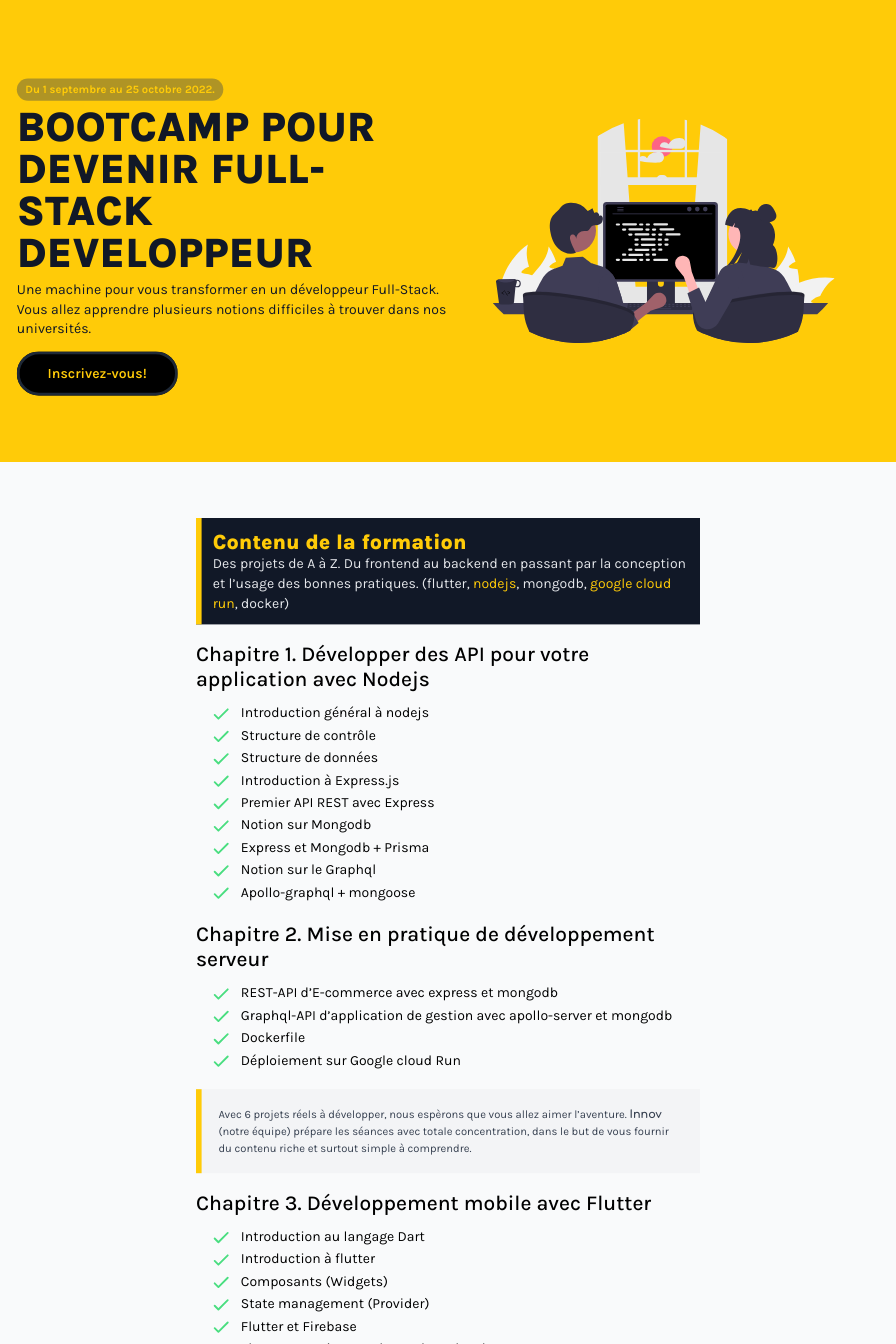
Repository: alfredlwanzo/course
Page: /
An editor plug-in stored every save of this project. The page is shown before and after the next save, followed by the edit.
The browser window is 1280 px wide. The pictures show the part of the page from y = 0 to 1920 px (the page is 3478 px tall), at 70% of full size.
The project was rebuilt for these pictures with package versions that can differ from the ones it lists, and the page was loaded fresh each time. The framework's server and built-in components were replaced by stand-ins that run in the browser. Also part of the build but not shown: next.config.js.

Above is the page before, as saved 2022-08-09 15:26:47.

After the next save:
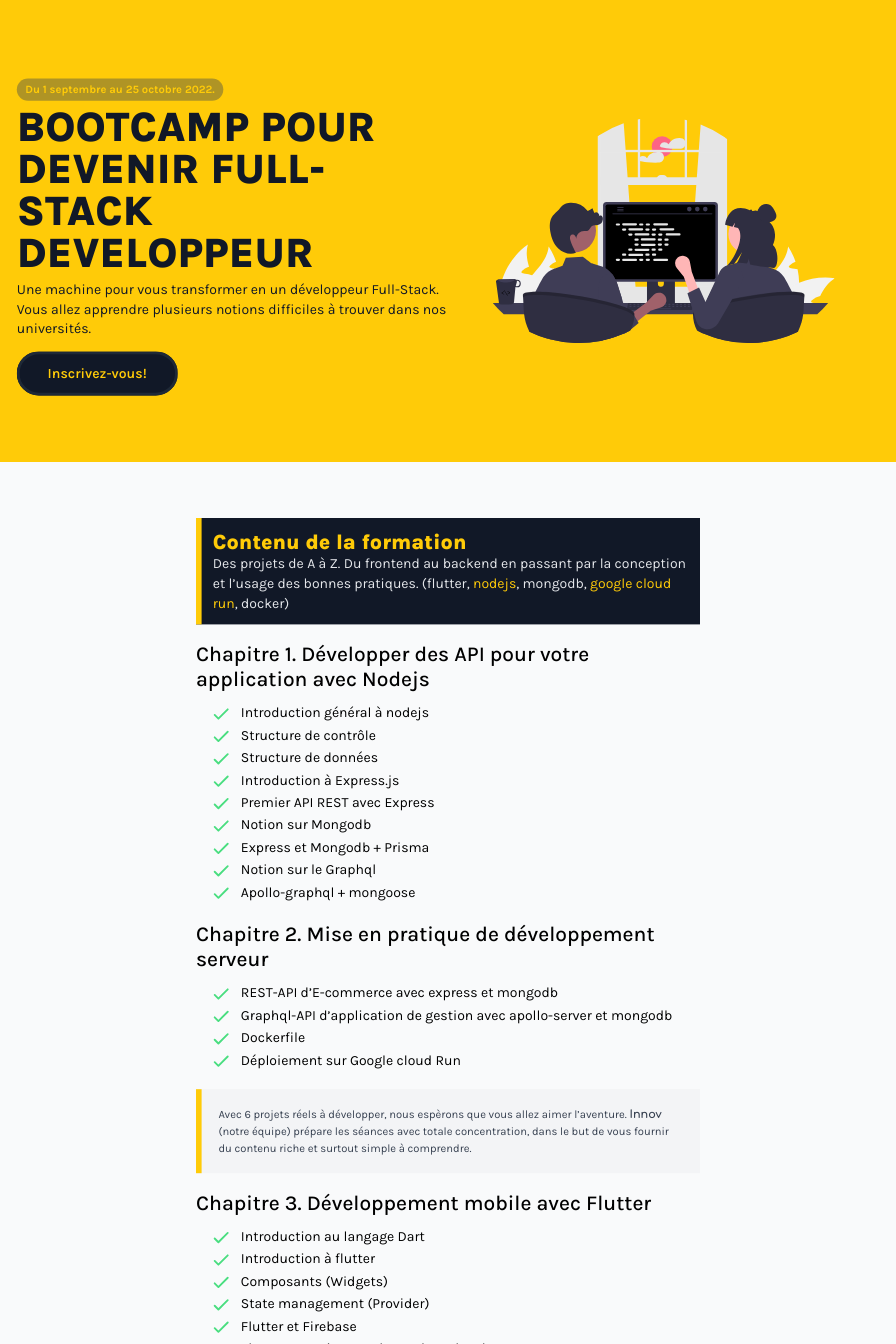
Saved 65 s later.
--- a/src/components/buttons/SubscribeButton.tsx
+++ b/src/components/buttons/SubscribeButton.tsx
@@ -6,7 +6,7 @@
       href="https://wa.me/+243978154329"
       target="_blank"
       rel="noreferrer"
-      className="bg-black text-primary animate-pulse py-4 px-10 text-xl font-semibold rounded-full border-4 border-gray-800 hover:bg-opacity-95 hover:border-gray-900"
+      className="bg-gray-900 text-primary animate-pulse py-4 px-10 text-xl font-semibold rounded-full border-4 border-gray-800 hover:bg-opacity-95 hover:border-gray-900"
     >
       Inscrivez-vous!
     </a>
